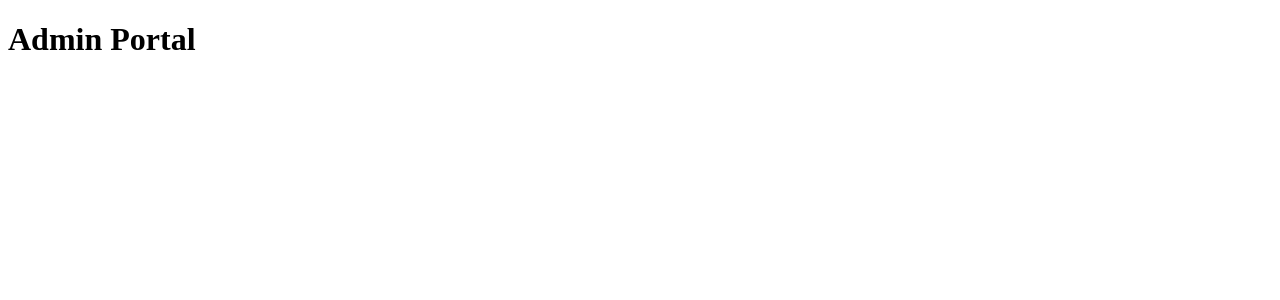
Repository: VimashaVishvani/VehicleRental
Page: http://localhost/Vehicle_rentalDb/addVehicle.jsp?id=%result=a
The author's editor kept a copy of each file at every save. The page is drawn from the files as they stood at one save, then again after the next save.
The browser window is 1280 px wide. The pictures show the whole page.
The page is served by Tomcat 9. Other server files are loaded and not shown.

Above is the page before, as saved 2024-05-06 20:21:02.

### Vehicle_rentalDb/src/main/webapp/addVehicle.jsp
<%@ page language="java" contentType="text/html; charset=ISO-8859-1"
    pageEncoding="ISO-8859-1"%>
 <%@taglib prefix="c" uri="http://java.sun.com/jsp/jstl/core"%>
<!DOCTYPE html>
<html>
<head>
<meta charset="ISO-8859-1">
<title>Insert title here</title>
</head>
<body>

<div class="container">
    <div class="row">
        <div class="col-md-8 offset-md-2">
            <div class="card">
                <div class="card-header">
                    <h1 class="text-center">Admin Portal</h1>
                </div>
                <div class="card-body">
                    <table class="table">
                        <c:forEach var="user" items="${userDetails}">
                            <tr>
                                <td>Customer ID</td>
                                <td>${user.id}</td>
                            </tr>
                            <tr>
                                <td>Customer Name</td>
                                <td>${user.name}</td>
                            </tr>
                            <tr>
                                <td>Customer Email</td>
                                <td>${user.gmail}</td>
                            </tr>
                            <tr>
                                <td>Customer Phone</td>
                                <td>${user.phoneNumber}</td>
                            </tr>
                        </c:forEach>
                    </table>

                </div>
            </div>
        </div>
    </div>
</div>

</body>
</html>

After the next save:
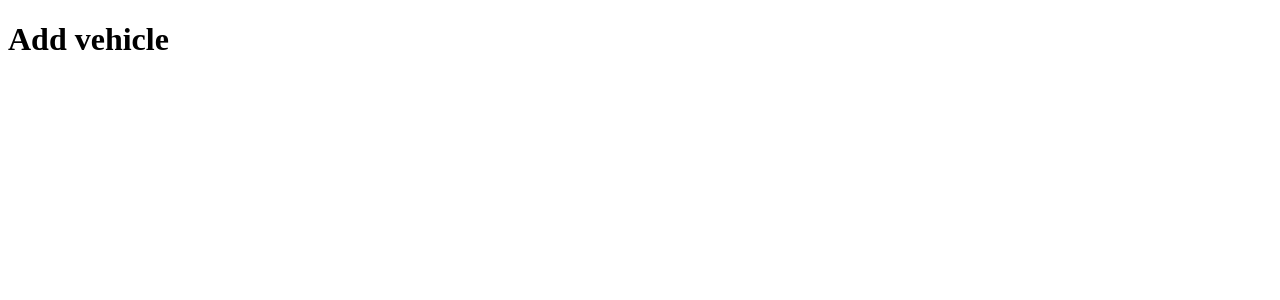
Saved 22 s later.
--- a/Vehicle_rentalDb/src/main/webapp/addVehicle.jsp
+++ b/Vehicle_rentalDb/src/main/webapp/addVehicle.jsp
@@ -14,7 +14,7 @@
         <div class="col-md-8 offset-md-2">
             <div class="card">
                 <div class="card-header">
-                    <h1 class="text-center">Admin Portal</h1>
+                    <h1 class="text-center">Add vehicle</h1>
                 </div>
                 <div class="card-body">
                     <table class="table">
